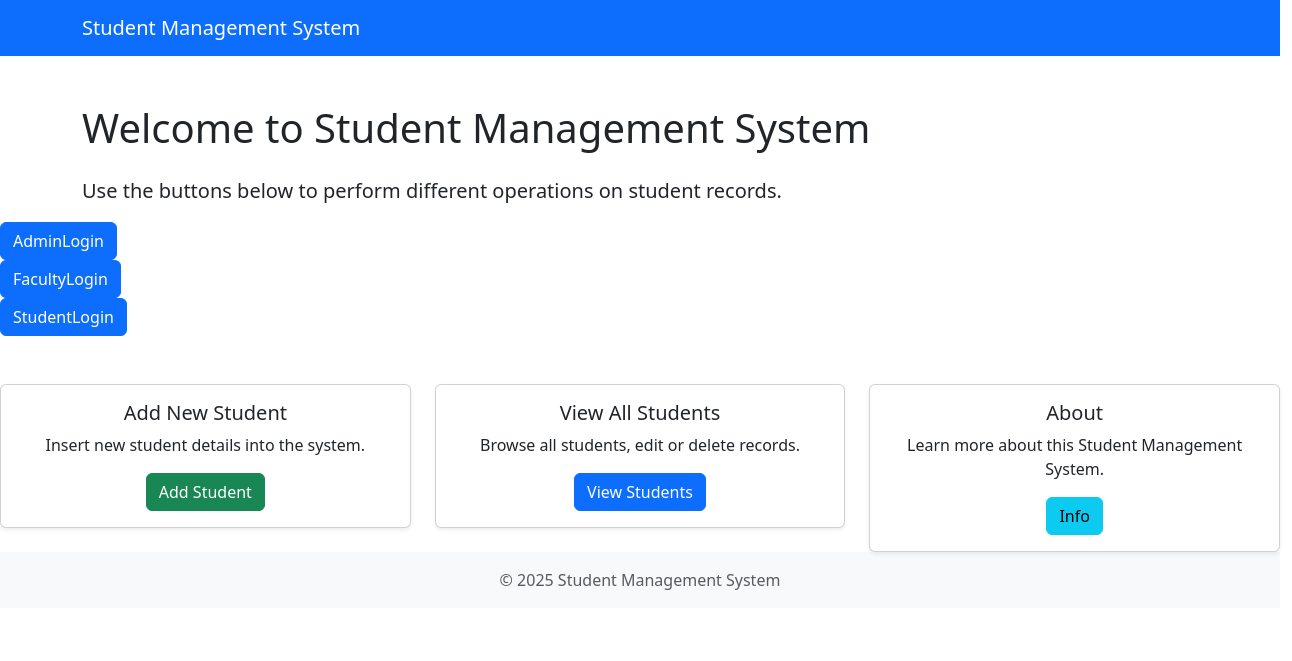
Repository: BorudePiyush/StudentMANAGEMENTSystem-using-java
Page: http://localhost/Student_management_systems/
An editor plug-in stored every save of this project. The page is shown before and after the next save, followed by the edit.
The browser window is 1280 px wide. The page is 1292 px wide, so the pictures cover 1292 px, including what lies to the right of the window. The pictures show the whole page.
The page is served by Tomcat 10.

Above is the page before, as saved 2025-06-07 11:27:04.

After the next save:
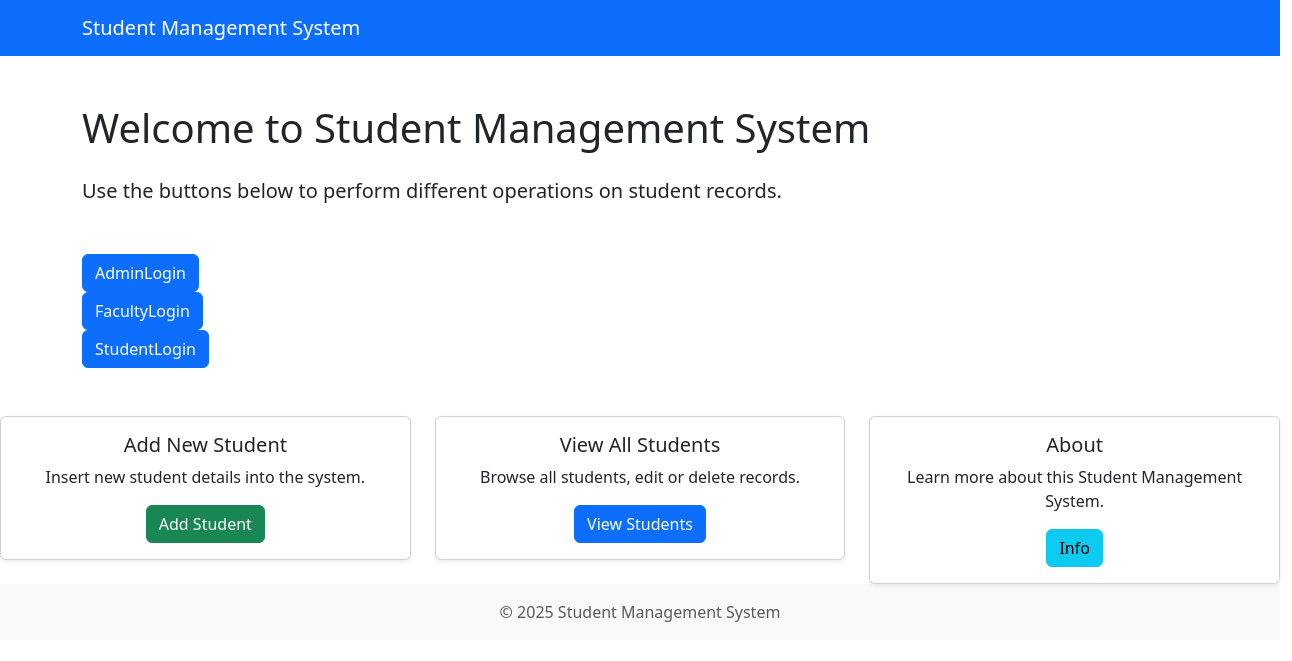
Saved 95 s later.
--- a/Student management systems/src/main/webapp/index.html
+++ b/Student management systems/src/main/webapp/index.html
@@ -25,14 +25,14 @@
     </div>
 
 
-<div class="col-md-4 ">
-    <a href="AdminLogin" class="btn btn-primary" style="display: inline-block;">AdminLogin</a>
+<div class="container mt-5">
+    <a href="AdminLogin" class="btn btn-primary">AdminLogin</a>
     </div>
-    <div class="col-md-4">
-    <a href="FacultyLogin" class="btn btn-primary" style="display: inline-block;">FacultyLogin</a>
+    <div class="container mt-6">
+    <a href="FacultyLogin" class="btn btn-primary">FacultyLogin</a>
     </div>
-    <div class="col-md-4">
-    <a href="StudentLogin" class="btn btn-primary" style="display: inline-block;">StudentLogin</a>
+    <div class="container mt-7" >
+    <a href="StudentLogin" class="btn btn-primary">StudentLogin</a>
     </div>
 
 
